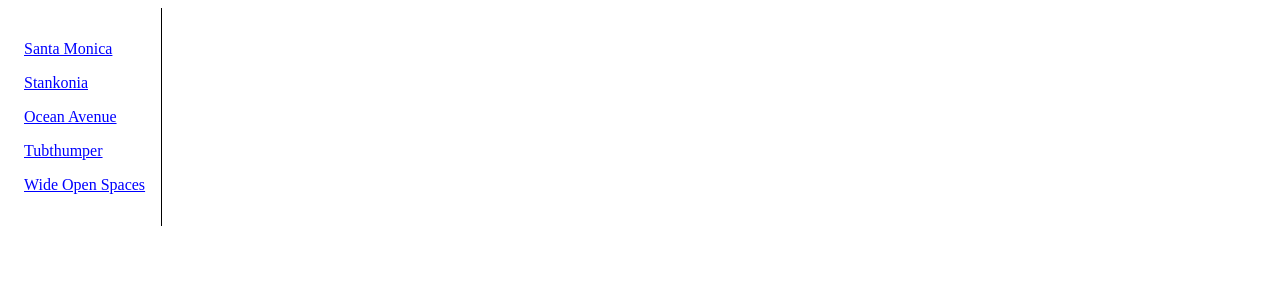
Repository: zhi-shou/moon
Page: /
These files come from the project's save history. The page is drawn as it stood at one moment and after the next save; the edit follows.
The browser window is 1280 px wide. The pictures show the whole page.
The project was rebuilt for these pictures with package versions that can differ from the ones it lists, and the page was loaded fresh each time. Also part of the build but not shown: vite.config.js, src/routers/home.jsx, src/routers/info.jsx.

Above is the page before, as saved 2024-12-31 15:25:15.

### src/main.jsx
import { createRoot } from 'react-dom/client';
import { BrowserRouter, Routes, Route } from 'react-router-dom';
import App from './App';
import Home from './routers/home';
import Info from './routers/info';

const rootElement = document.getElementById('root');
const root = createRoot(rootElement);
root.render(
  <BrowserRouter
    future={{ v7_startTransition: true, v7_relativeSplatPath: true }}
  >
    <Routes>
      <Route path="/" element={<App />}>
        <Route path="home" element={<Home />} />
        <Route path="info" element={<Info />}>
          <Route
            index
            element={
              <main style={{ padding: '1rem' }}>
                <p>Select an invoice</p>
              </main>
            }
          />
          <Route path=":invoiceId" element={<Info />} />
        </Route>
        <Route
          path="*"
          element={
            <main style={{ padding: '1rem' }}>
              <p>There's nothing here!</p>
            </main>
          }
        />
      </Route>
    </Routes>
  </BrowserRouter>
);

### src/App.jsx
import { NavLink, Outlet, useSearchParams } from 'react-router-dom';
import { getInvoices } from './data';

export default function App() {
  const invoices = getInvoices();
  let [searchParams, setSearchParams] = useSearchParams();
  console.log(searchParams.get('filter'));

  return (
    <div style={{ display: 'flex' }}>

      <nav style={{ borderRight: 'solid 1px', padding: '1rem' }}>
        {invoices.map((invoice) => (
          <NavLink
            style={({ isActive }) => {
              return {
                display: 'block',
                margin: '1rem 0',
                color: isActive ? 'red' : 'blue',
              };
            }}
            to={`/info/${invoice.number}`}
            key={invoice.number}
          >
            {invoice.name}
          </NavLink>
        ))}
      </nav>
      <Outlet />
    </div>
  );
}

### src/data.js
let invoices = [
    {
      name: "Santa Monica",
      number: 1995,
      amount: "$10,800",
      due: "12/05/1995"
    },
    {
      name: "Stankonia",
      number: 2000,
      amount: "$8,000",
      due: "10/31/2000"
    },
    {
      name: "Ocean Avenue",
      number: 2003,
      amount: "$9,500",
      due: "07/22/2003"
    },
    {
      name: "Tubthumper",
      number: 1997,
      amount: "$14,000",
      due: "09/01/1997"
    },
    {
      name: "Wide Open Spaces",
      number: 1998,
      amount: "$4,600",
      due: "01/27/2998"
    },
  ];

  export function getInvoices() {
    return invoices;
  }

  export function getInvoice(number) {
    return invoices.find((invoice) => invoice.number === number);
  }

After the next save:
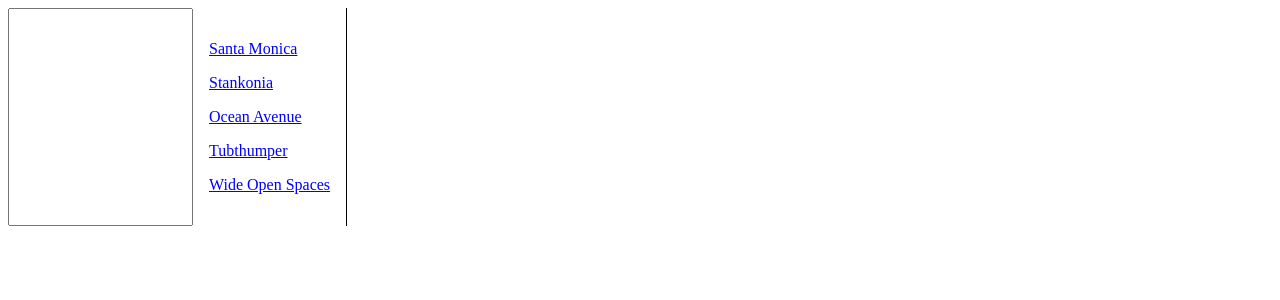
Saved 32 s later.
--- a/src/App.jsx
+++ b/src/App.jsx
@@ -8,7 +8,17 @@
 
   return (
     <div style={{ display: 'flex' }}>
-
+      <input
+        value={searchParams.get('filter') || ''}
+        onChange={(event) => {
+          let filter = event.target.value;
+          if (filter) {
+            setSearchParams({ filter });
+          } else {
+            setSearchParams({});
+          }
+        }}
+      />
       <nav style={{ borderRight: 'solid 1px', padding: '1rem' }}>
         {invoices.map((invoice) => (
           <NavLink
